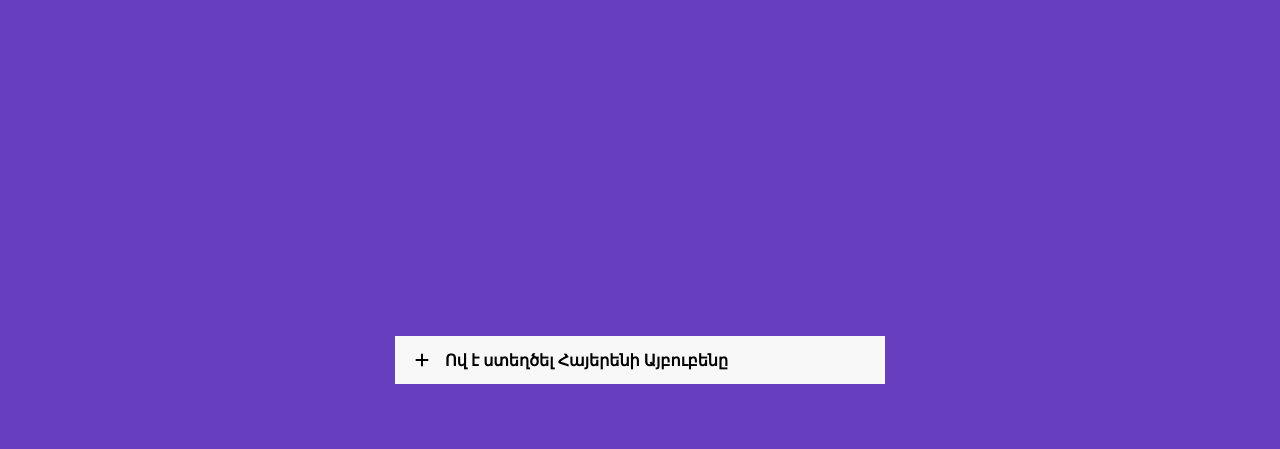
Repository: vardgeshakobyann/Accordion-ReactJS
Page: /
The author's editor kept a copy of each file at every save. The page is drawn from the files as they stood at one save, then again after the next save.
The browser window is 1280 px wide. The pictures show the whole page.
The project was rebuilt for these pictures with package versions that can differ from the ones it lists, and the page was loaded fresh each time.

Above is the page before, as saved 2025-06-11 09:22:01.

### public/index.html
<!DOCTYPE html>
<html lang="en">
  <head>
    <meta charset="utf-8" />
    <link rel="icon" href="%PUBLIC_URL%/favicon.ico" />
    <meta name="viewport" content="width=device-width, initial-scale=1" />
    <meta name="theme-color" content="#000000" />
    <meta
      name="description"
      content="Web site created using create-react-app"
    />
    <link rel="apple-touch-icon" href="%PUBLIC_URL%/logo192.png" />
    <!--
      manifest.json provides metadata used when your web app is installed on a
      user's mobile device or desktop. See https://developers.google.com/web/fundamentals/web-app-manifest/
    -->
    <link rel="manifest" href="%PUBLIC_URL%/manifest.json" />
    <!--
      Notice the use of %PUBLIC_URL% in the tags above.
      It will be replaced with the URL of the `public` folder during the build.
      Only files inside the `public` folder can be referenced from the HTML.

      Unlike "/favicon.ico" or "favicon.ico", "%PUBLIC_URL%/favicon.ico" will
      work correctly both with client-side routing and a non-root public URL.
      Learn how to configure a non-root public URL by running `npm run build`.
    -->
      <link rel="stylesheet" href="https://cdnjs.cloudflare.com/ajax/libs/font-awesome/6.7.2/css/all.min.css" integrity="sha512-Evv84Mr4kqVGRNSgIGL/F/aIDqQb7xQ2vcrdIwxfjThSH8CSR7PBEakCr51Ck+w+/U6swU2Im1vVX0SVk9ABhg==" crossorigin="anonymous" referrerpolicy="no-referrer" />
    <title>React App</title>
  </head>
  <body>
    <noscript>You need to enable JavaScript to run this app.</noscript>
    <div id="root"></div>
    <!--
      This HTML file is a template.
      If you open it directly in the browser, you will see an empty page.

      You can add webfonts, meta tags, or analytics to this file.
      The build step will place the bundled scripts into the <body> tag.

      To begin the development, run `npm start` or `yarn start`.
      To create a production bundle, use `npm run build` or `yarn build`.
    -->
  </body>
</html>

### src/index.js
import ReactDOM from 'react-dom/client';
import './index.css';
import App from './App';

const root = ReactDOM.createRoot(document.getElementById('root'));
root.render(<App />);

### src/index.css
* {
  margin: 0;
  padding: 0;
  box-sizing: border-box;
}

body {
  margin: 0;
  font-family: -apple-system, BlinkMacSystemFont, 'Segoe UI', 'Roboto', 'Oxygen',
    'Ubuntu', 'Cantarell', 'Fira Sans', 'Droid Sans', 'Helvetica Neue',
    sans-serif;
  -webkit-font-smoothing: antialiased;
  -moz-osx-font-smoothing: grayscale;
  background: #673EBD;
}

code {
  font-family: source-code-pro, Menlo, Monaco, Consolas, 'Courier New',
    monospace;
}

### src/App.js
import './App.css';
import Accordion from './components/Accordion/Accordion';

function App() {
  return (
    <div className="App">
      <Accordion />
    </div>
  );
}

export default App;

### src/App.css
.App {
  width: 100%;
  height: 100vh;
  display: flex;
  justify-content: center;
  align-items: center;
}

### src/components/Accordion/Accordion.jsx
import './accordion.css';
import { data } from '../../DB';
import AccordionItem from '../AccordionItem/AccordionItem';

const Accordion = () => {
    return (
        <div className="accordion">
            {
                data.map((el) => {
                    return (
                        <AccordionItem
                            key={el.id}
                            question={el.question}
                        />
                    )
                })
            }
        </div>
    )
}

export default Accordion;

### src/components/Accordion/accordion.css
.accordion {
    width: 490px;
    border-radius: 4px;
}

### src/DB.js
export const data = [
    {
        id: 1,
        question: "Ով է ստեղծել Հայերենի Այբուբենը",
        answer: "Մեսրոպ Մաշտոցը 405թ -ին 5րդ դարում",
        isComplited: false,
        open: false
    }
];

### src/components/AccordionItem/AccordionItem.jsx
import './accordionItem.css';

const AccordionItem = ({question}) => {
    return (
        <div className="accordionItem">
            <div className="header">
                <div className="leftBlock">
                    <i className="fa-solid fa-plus"></i>
                    <p>{question}</p>
                </div>
                <div className="rightBlock"></div>
            </div>
        </div>
    )
}

export default AccordionItem;

### src/components/AccordionItem/accordionItem.css
.accordionItem {
    width: 100%;
}

.accordionItem .header {
    width: 100%;
    height: 48px;
    background: #F8F8F8;
    padding: 10px;
    display: flex;
    justify-content: space-between;
    align-items: center;
}

.accordionItem .header .leftBlock {
    display: flex;
    justify-content: center;
    align-items: center;
    gap: 16px;
    padding: 10px;
}

.accordionItem .header .leftBlock p {
    font-weight: 600;
}

.accordionItem .header .leftBlock::after {
    content: "";
    display: block;
    width: 10px;
    height: 100%;
    background: #000;
}

After the next save:
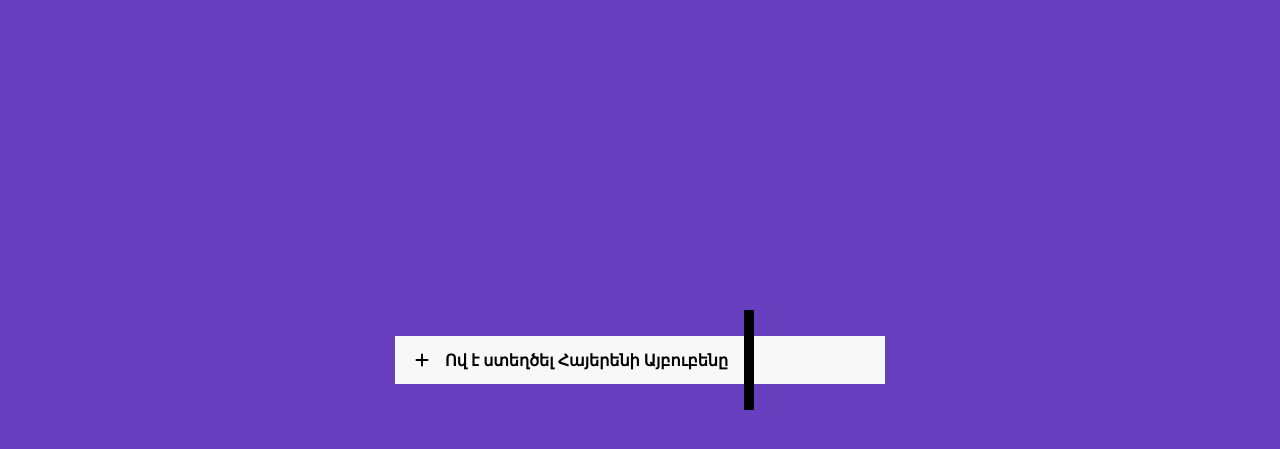
Saved 22 s later.
--- a/src/components/AccordionItem/accordionItem.css
+++ b/src/components/AccordionItem/accordionItem.css
@@ -28,6 +28,6 @@
     content: "";
     display: block;
     width: 10px;
-    height: 100%;
+    height: 100px;
     background: #000;
 }
